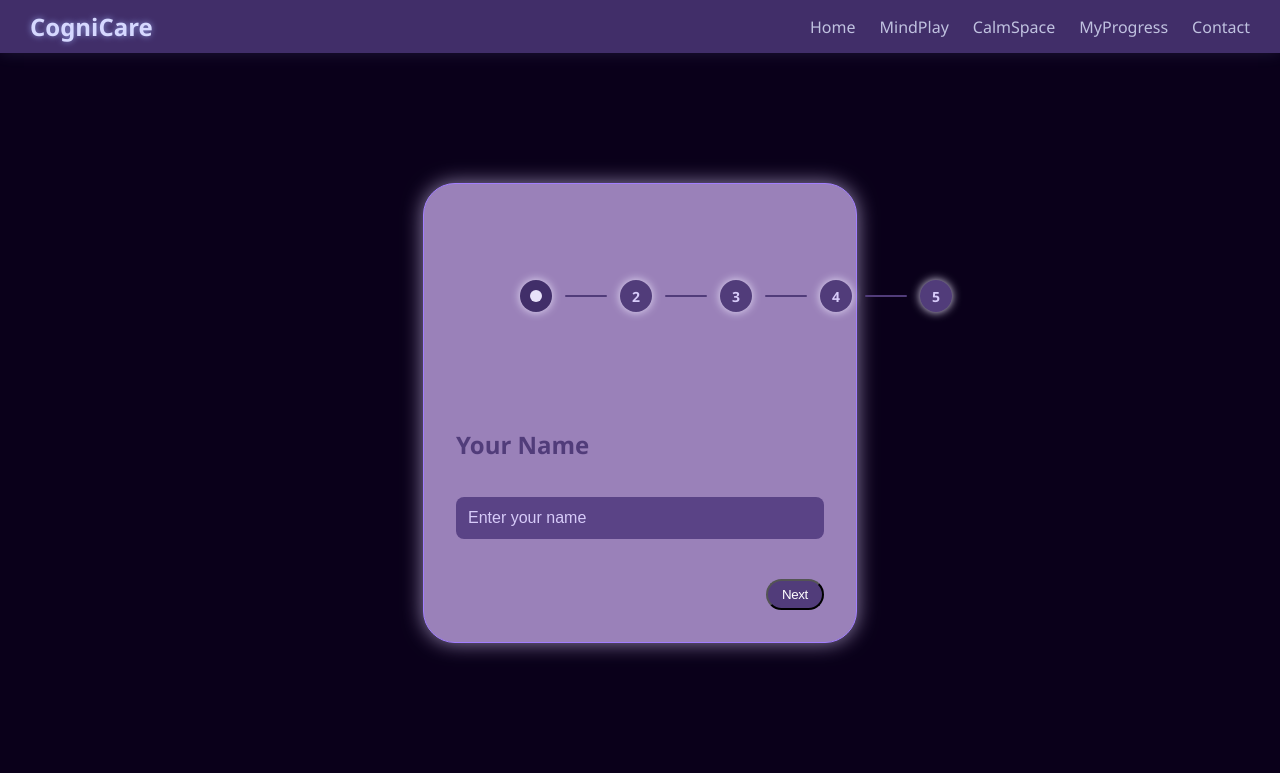
Repository: rujularaut/CogniCare
Page: /signup
These files come from the project's save history. The page is drawn as it stood at one moment and after the next save; the edit follows.
The browser window is 1280 px wide. The pictures show the whole page.
The project was rebuilt for these pictures with package versions that can differ from the ones it lists, and the page was loaded fresh each time. Also part of the build but not shown: src/components/Welcome.css, src/components/Welcome.js, src/components/Particles.css, src/components/Particles.js, src/components/Meditation.css, src/components/Meditation.js, src/components/Signup.css, src/components/Signup.js and 2 more.

Above is the page before, as saved 2025-06-24 15:18:55.

After the next save:
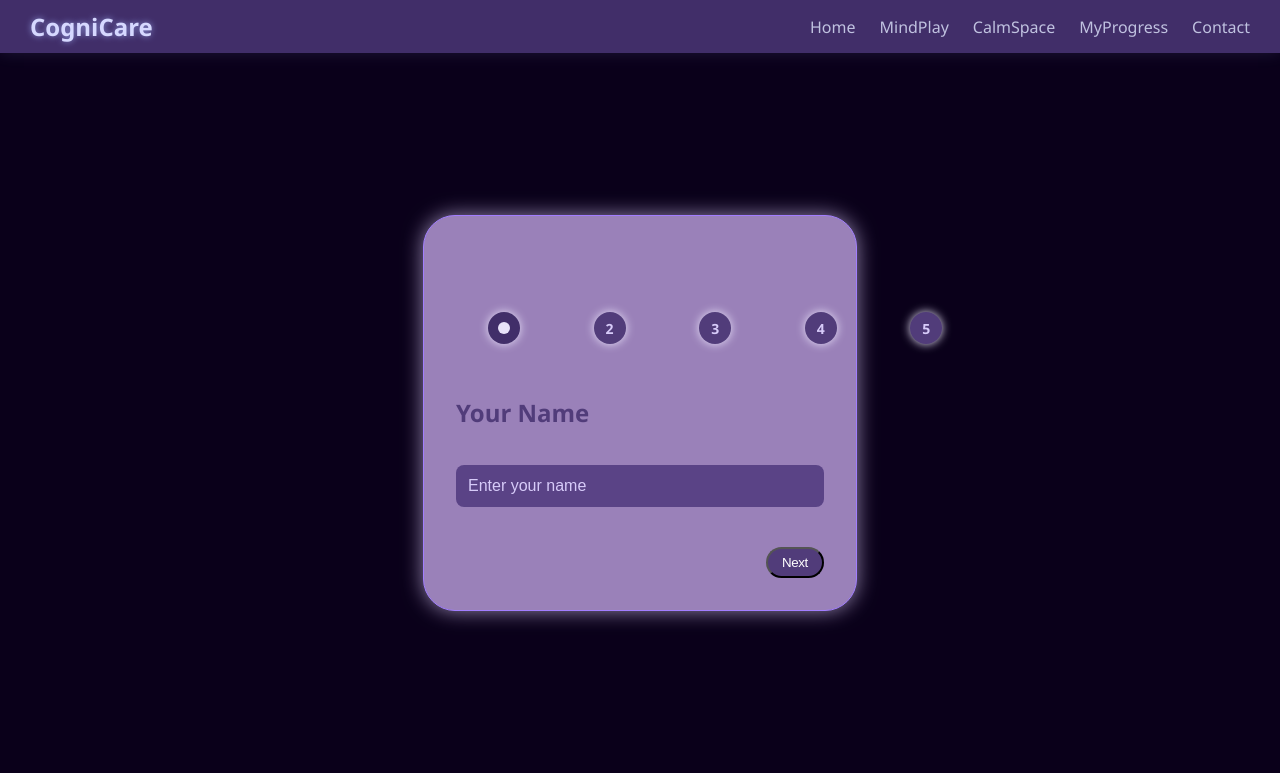
Saved 11 min 30 s later.
--- a/src/components/Stepper.css
+++ b/src/components/Stepper.css
@@ -37,8 +37,11 @@
   display: flex;
   width: 100%;
   align-items: center;
-  padding: 6rem;
+  justify-content: flex-start; /* 🔁 this aligns them to the left */
+  padding: 6rem 2rem 2rem 4rem; /* 🔧 adjust as needed: top, right, bottom, left */
+  gap: 1.5rem; /* adds spacing between circles */
 }
+
 
 .step-content-default {
   position: relative;
